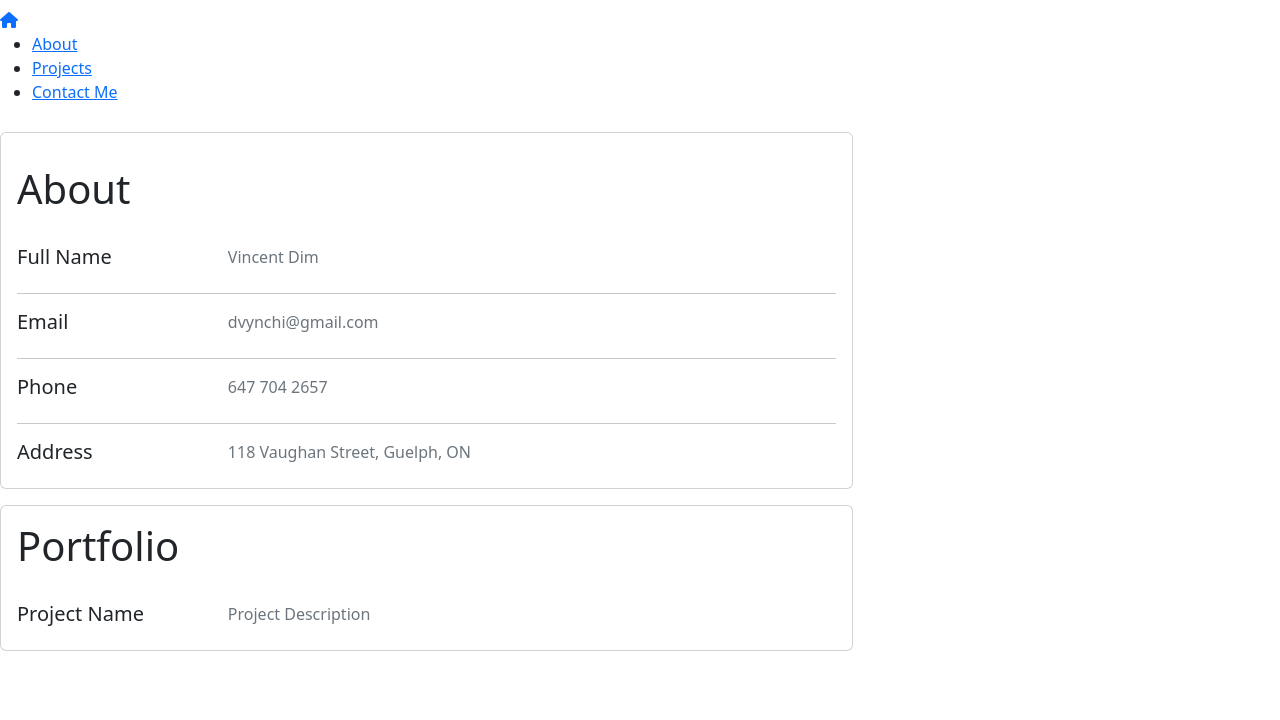
Repository: dvynchi/profile-2022
Page: index.html
An editor plug-in stored every save of this project. The page is shown before and after the next save, followed by the edit.
The browser window is 1280 px wide. The pictures show the whole page.
Some web libraries are served in a nearby version.

Above is the page before, as saved 2022-08-12 16:47:29.

After the next save:
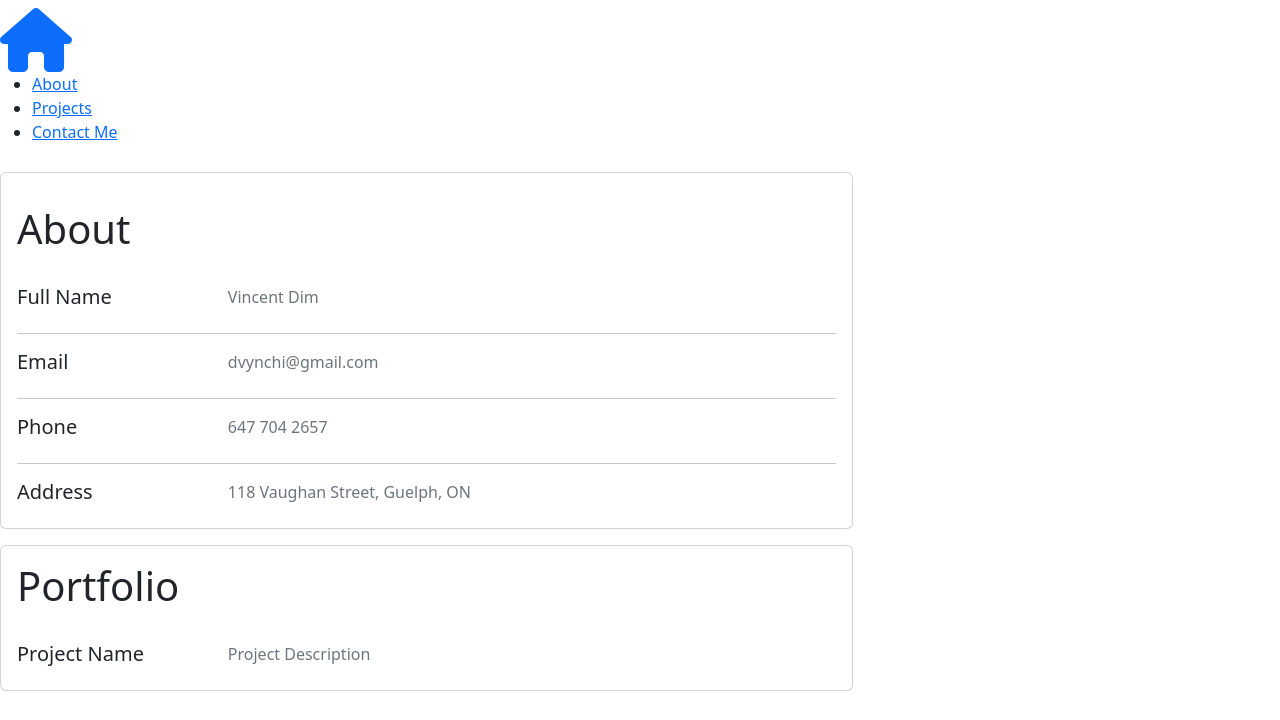
Saved 31 s later.
--- a/index.html
+++ b/index.html
@@ -15,7 +15,7 @@
 
     <nav class="navbar">
         <div class="navbar_container">
-            <a href="#home" id="navbar_logo"><i class="fa fa-home" aria-hidden="true"></i></a>  <!--<a> is used to create hyperlink named color-->
+            <a href="#home" id="navbar_logo"><i class="fa fa-home fa-4x" aria-hidden="true"></i></a>  <!--<a> is used to create hyperlink named color-->
 
              <!--create hamburger menu (3 bars)-->
 
